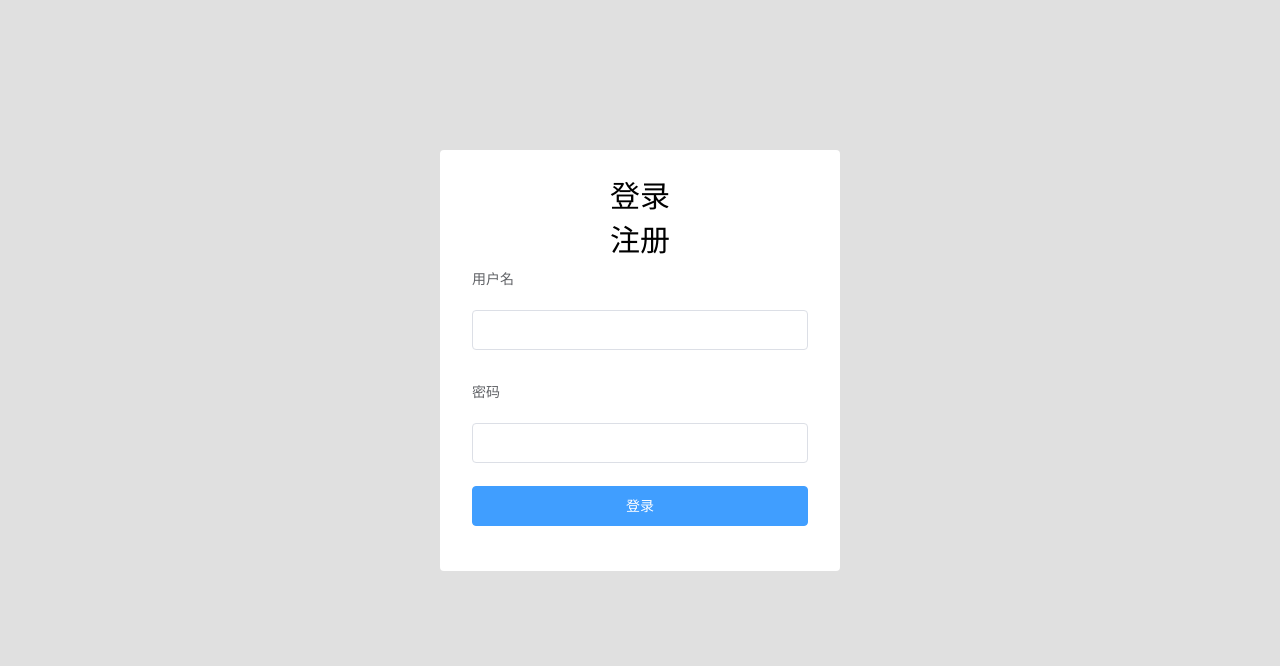
Repository: euphor1azzy/testlist
Page: /#/login (app in list/)
An editor plug-in stored every save of this project. The page is shown before and after the next save, followed by the edit.
The browser window is 1280 px wide. The pictures show the whole page.
The project was rebuilt for these pictures with package versions that can differ from the ones it lists, and the page was loaded fresh each time. Also part of the build but not shown: list/src/components/common/appnav.vue, list/src/components/common/appslider.vue, list/src/views/home.vue, list/src/components/users/users.vue.

Above is the page before, as saved 2020-08-26 15:35:55.

### list/src/main.js
// 引入组件
import Vue from 'vue'
import ElementUI from 'element-ui';
import App from './App.vue'
import router from './router'
import MyHttpServer from './plugins/http'
Vue.use(router);


// 引入css文件
import './assets/css/reset.css'
import 'element-ui/lib/theme-chalk/index.css';


//使用插件
Vue.use(ElementUI)
Vue.use(MyHttpServer)
Vue.config.productionTip = false


new Vue({
    el: '#app',
    router,
    render: h => h(App)
}).$mount('#app')

### list/src/App.vue
<template>
  <div id="app" >

    <router-view></router-view>
  </div>
</template>

<script>

</script>

<style>
#app{

  height:100vh
}
</style>

### list/src/router/index.js
import Vue from 'vue'
import Router from 'vue-router'
import Home from '../views/home.vue'
import Login from '../views/login/login.vue'
import Users from '../components/users/users.vue'



Vue.use(Router);



export default new Router({
    routes: [{
            path: '/',
            name: 'Home',
            component: Home,
            children: [{
                name: 'Users',
                path: 'users',
                component: Users
            }]

        },
        {
            name: 'Login',
            path: '/login',
            component: Login
        }
    ]
});

### list/src/plugins/http.js
//将axios改为插件
import axios from 'axios'
const MyHttpServer = {}


MyHttpServer.install = (Vue) => {
    axios.defaults.baseURL = 'http://localhost:8888/api/private/v1/'

    // 添加实例方法
    Vue.prototype.$http = axios

}

export default MyHttpServer

### list/src/assets/css/reset.css
/*! minireset.css v0.0.2 | MIT License | github.com/jgthms/minireset.css */

html,
body,
p,
ol,
ul,
li,
dl,
dt,
dd,
blockquote,
figure,
fieldset,
legend,
textarea,
pre,
iframe,
hr,
h1,
h2,
h3,
h4,
h5,
h6 {
    /* height: 100%; */
    margin: 0;
    padding: 0;
}

h1,
h2,
h3,
h4,
h5,
h6 {
    font-size: 100%;
    font-weight: normal;
}

ul {
    list-style: none;
}

button,
input,
select,
textarea {
    margin: 0;
}

html {
    box-sizing: border-box;
}

* {
    box-sizing: inherit;
}

*:before,
*:after {
    box-sizing: inherit;
}

img,
embed,
object,
audio,
video {
    height: auto;
    max-width: 100%;
}

iframe {
    border: 0;
}

table {
    border-collapse: collapse;
    border-spacing: 0;
}

td,
th {
    padding: 0;
    text-align: left;
}

### list/src/views/login/login.vue
<template>
  <div class="logwrap">
    <el-form
      class="logform"
      :model="ruleForm"
      status-icon
      :rules="rules"
      ref="ruleForm"
      label-position="top"
      label-width="80px"
    >
      <!-- <h1 style="text-align:center;font-size:30px">登录页面</h1> -->
      <ul  style="text-align:center;font-size:30px;text-decoration:none">
        <li v-for="item in menuTab" :key="item.id" :class="current" @click="toggleMenuTab">{{item.txt}}</li>
      </ul>
      <el-form-item label="用户名" prop="username">
        <el-input
          type="text"
          v-model="ruleForm.username"
          autocomplete="off"
        ></el-input>
      </el-form-item>
      <el-form-item label="密码" prop="password">
        <el-input
          type="password"
          v-model="ruleForm.password"
          autocomplete="off"
        ></el-input>
      </el-form-item>

      <el-form-item label="确认密码" prop="checkPassword" v-show="moduel === 'rigester'">
        <el-input
          type="password"
          v-model="ruleForm.checkPassword"
          autocomplete="off"
        ></el-input>
      </el-form-item>

      <el-form-item>
        <el-button
          type="primary"
          style="width:100%"
          @click="submitForm('ruleForm')"
          >登录</el-button
        >
      </el-form-item>
    </el-form>
  </div>
</template>

<script>
//引入validate中的正则 过滤函数
import { stripScript } from "@/utils/validate.js";

export default {
  name: "Login",
  data() {
    //验证用户名
    var validateUsername = (rule, value, callback) => {
      let reg = /^[a-zA-Z0-9_.-]+@[a-zA-Z0-9-]+(\.[a-zA-Z0-9-]+)*\.[a-zA-Z0-9]{2,6}$/;
      if (value === "") {
        callback(new Error("请输入用户名"));
      } else if (!reg.test(value)) {
        callback(new Error("用户名格式不正确"));
      } else {
        callback();
      }
    };
    //验证密码
    var validatePassword = (rule, value, callback) => {
       let reg = /^(?![0-9]+$)(?![a-zA-Z]+$)[0-9A-Za-z]{6,20}$/;
      //过滤密码
      this.ruleForm.password = stripScript(value);
      value = this.ruleForm.password;
      if (value === "") {
        callback(new Error("请输入密码"));
      } else if (!reg.test(value)) {
        callback(new Error("密码至少包含数字和英文，长度6-20"));
      } else {
        callback();
      }
    };
    //验证确认密码
    var validatecheckPassword = (rule, value, callback) => {
       let reg = /^(?![0-9]+$)(?![a-zA-Z]+$)[0-9A-Za-z]{6,20}$/;
      //过滤密码
      this.ruleForm.checkPassword = stripScript(value);
      value = this.ruleForm.checkPassword;
      if (value === "") {
        callback(new Error("请输入密码"));
      } else if (value != this.ruleForm.password ) {
        callback(new Error("密码至少包含数字和英文，长度6-20"));
      } else {
        callback();
      }
    };

    return {
      menuTab:[
        {txt:"登录" ,current:true ,type:'login'   },
        {txt:"注册" ,current:false ,type:'rigester' }
        ],
        moduel:'login',
      ruleForm: {
        password: "",
        username: "",
        checkPassword:""
      },
      rules: {
        username: [{ validator: validateUsername, trigger: "blur" }],
        password: [{ validator: validatePassword, trigger: "blur" }],
      },
    };
  },
  methods: {
       toggleMenuTab(data){
      this.menuTab.forEach((elem,index) =>{
        elem.current = false
      });
      data.current = true
      this.moduel = data.type
    },
    submitForm(ruleForm) {
      this.$refs[ruleForm].validate((valid) => {
        if (valid) {
          alert("submit!");
        } else {
          console.log("error submit!!");
          return false;
        }
      });
    },

    //     this.$router.push({name: 'Home'}
  },
};

// methods:{
//   //登录请求
//   // handleLogin(){
//   //   this.$http.push('login',this.logdata)
//   //   .then(res=>{
//   //     console.log(res)
//   //   })
//   // }
//   handleLogin(){
//     this.$router.push({name: 'Home'})
//   }
// }
</script>

<style>
.logwrap {
  height: 100%;
  display: flex;
  justify-content: center;
  align-items: center;
  background-color: rgb(224, 224, 224);
}
.logwrap .logform {
  padding: 20px 30px;
  border: 2px solid #ffffff;
  border-radius: 4px;
  width: 400px;

  background-color: #fff;
}
.current{
  color: antiquewhite;
  font-weight: 700;
  font-size: 32px;
}
</style>

### list/src/utils/validate.js
// 过滤特殊字符
export function stripScript(s) {
    var pattern = new RegExp("[`~!@#$^&*()=|{}':;',\\[\\].<>/?~！@#￥……&*（ ）——|{}【】‘；：”“'。，、？]");
    var rs = "";
    for (var i = 0; i < s.length; i++) {
        rs = rs + s.substr(i, 1).replace(pattern, '');
    }
    return rs;
}

// 验证邮箱
export function validateEmail(value) {
    let reg = /^[a-zA-Z0-9_.-]+@[a-zA-Z0-9-]+(\.[a-zA-Z0-9-]+)*\.[a-zA-Z0-9]{2,6}$/;
    return !reg.test(value) ? true : false
}

// 验证密码
export function valPassword(value) {
    let reg = /^(?![0-9]+$)(?![a-zA-Z]+$)[0-9A-Za-z]{6,20}$/;
    return !reg.test(value) ? true : false
}

Loaded but not shown: list/public/index.html (common file)

After the next save:
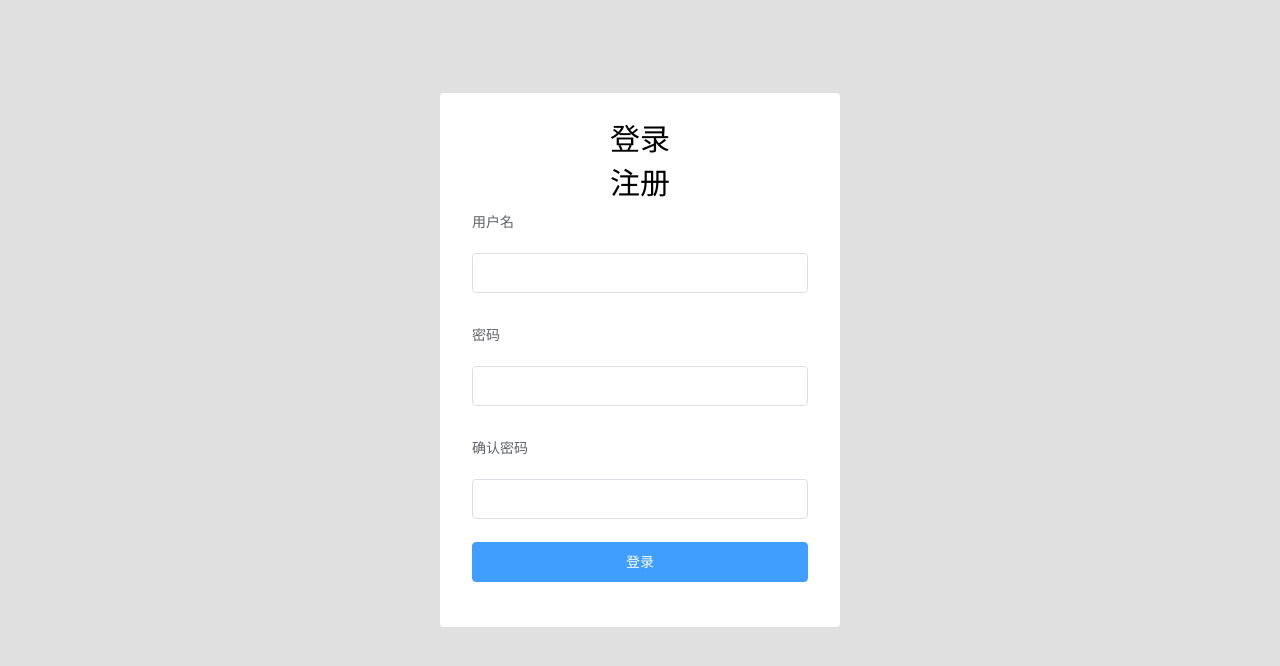
Saved 4 min 56 s later.
--- a/list/src/views/login/login.vue
+++ b/list/src/views/login/login.vue
@@ -28,7 +28,7 @@
         ></el-input>
       </el-form-item>
 
-      <el-form-item label="确认密码" prop="checkPassword" v-show="moduel === 'rigester'">
+      <el-form-item label="确认密码" prop="checkPassword" v-show="moduel === 'login'">
         <el-input
           type="password"
           v-model="ruleForm.checkPassword"
